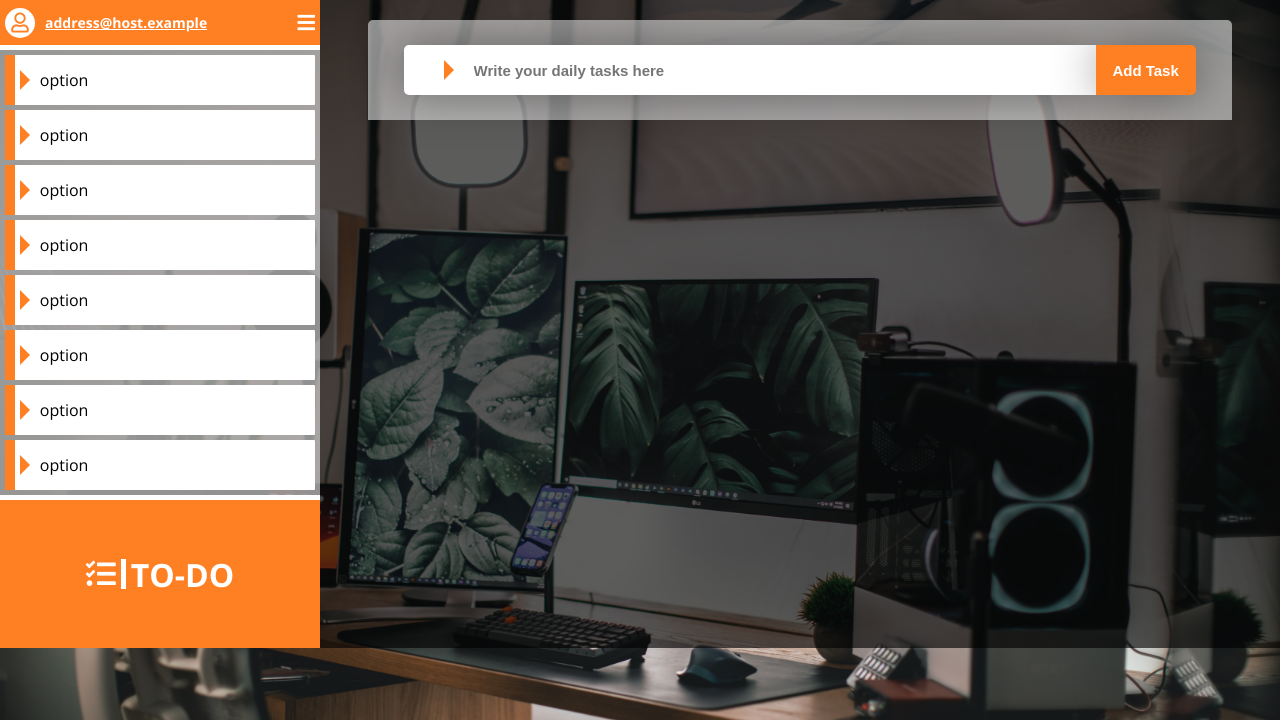
Repository: OmarEssameldinMousa/To-do-list-level01
Page: index.html
These files come from the project's save history. The page is drawn as it stood at one moment and after the next save; the edit follows.
The browser window is 1280 px wide. The pictures show the whole page.

Above is the page before, as saved 2023-08-08 17:04:16.

### index.html
<!DOCTYPE html>
<html lang="en">

<head>
    <meta charset="UTF-8">
    <meta name="viewport" content="width=device-width, initial-scale=1.0">
    <title>ToDo</title>
    <link rel="stylesheet" href="main.css">
    <link rel="preconnect" href="https://fonts.gstatic.com" />
    <link rel="stylesheet" href="css/all.min.css">
    <link href="https://fonts.googleapis.com/css2?family=Open+Sans:wght@400;700&display=swap" rel="stylesheet" />
</head>

<body>
    <div class="dashboard">
        <div class="nav">
            <div class="navigation">
                <div class="profile">
                    <div class="profile-pic">
                        <i class="fa-regular fa-user"></i>
                    </div>
                    <h3>address@host.example</h3>
                    <i class="fa-solid fa-bars" style="color: #ffffff;"></i>
                    <i class="fa-solid fa-bars second" style="color: #ffffff;"></i>
                    <!-- <i class="fa-solid fa-arrow-right" style="color: #ffffff;"></i>
                    <i class="fa-solid fa-arrow-left" style="color: #ffffff;"></i> -->
                </div>
                <ul>
                    <li>
                        <span class="toggle"></span>
                        <span class="title">option</span>
                    </li>
                    <li>
                        <span class="toggle"></span>
                        <span class="title">option</span>
                    </li>
                    <li>
                        <span class="toggle"></span>
                        <span class="title">option</span>
                    </li>
                    <li>
                        <span class="toggle"></span>
                        <span class="title">option</span>
                    </li>
                    <li>
                        <span class="toggle"></span>
                        <span class="title">option</span>
                    </li>
                    <li>
                        <span class="toggle"></span>
                        <span class="title">option</span>
                    </li>
                    <li>
                        <span class="toggle"></span>
                        <span class="title">option</span>
                    </li>
                    <li>
                        <span class="toggle"></span>
                        <span class="title">option</span>
                    </li>
                </ul>
                <div class="footer">
                    <i class="fa-solid fa-list-check"></i>
                    <span></span>
                    <h1>TO-DO</h1>
                </div>
            </div>
        </div>
        <div class="workstation">
            <div class="container">
                <div class="form">
                    <div>
                        <span></span>
                        <input type="text" class="input" placeholder="Write your daily tasks here">
                    </div>
                    <input type="submit" class="add" value="Add Task">
                </div>
                <!-- separator -->
                <div class="tasks">
                    <div class="tasks-numbers">

                    </div>
                    <div class="tasks-container">

                    </div>
                </div>
            </div>
        </div>
    </div>
    <script src="main.js"></script>
</body>

</html>

### main.css
:root {
    --main-color: rgba(235, 235, 235, 0.6);
    --secondery-color: #ff7f23;
}

* {
    -webkit-box-sizing: border-box;
    -moz-box-sizing: border-box;
    box-sizing: border-box;
    padding: 0;
    margin: 0;
}

body {
    font-family: "Open Sans", sans-serif;
    background-image: url(backgroundimage.jpg);
    background-repeat: no-repeat;
    background-size: cover;
    position: relative;
    height: 100%;
}

body::before {
    content: "";
    width: 100%;
    height: 100%;
    background-color: rgba(0, 0, 0, 0.629);
    position: absolute;
    top: 0;
    left: 0;
    z-index: -1;
}

ul {
    list-style: none;
}


.dashboard {
    display: flex;
    height: 100%;
    width: 100%;
    column-gap: 0px;
}

.nav {
    min-width: 25%;
    height: 100%;
    position: relative;
}

.nav .navigation {
    height: 100%;
    width: 100%;
    background: var(--main-color);
}

.nav .navigation .profile {
    width: 100%;
    height: 50px;
    background-color: var(--secondery-color);
    display: flex;
    align-items: center;
    border-bottom: 5px solid white;
}

.nav .navigation .profile .profile-pic {
    border-radius: 50%;
    background-color: white;
    height: 30px;
    width: 30px;
    display: flex;
    align-items: center;
    justify-content: center;
    margin-left: 5px;

}

.nav .navigation .profile i {
    font-size: 20px;
    color: var(--secondery-color);
}

.nav .navigation .profile h3 {
    font-size: 14px;
    padding-left: 10px;
    text-decoration: underline;
    color: white;
}

.nav .navigation ul {
    width: 97%;
    margin: auto;
    margin-top: 5px;
}

.nav .navigation ul li {
    padding: 5px;
    height: 50px;
    background-color: white;
    margin-bottom: 5px;
    border-radius: 1px;
    border-left: 10px solid #ff7f23;
    display: flex;
    align-items: center;
    transition: 0.3s;

}


.nav .navigation ul li:hover .toggle {
    padding-left: 10px;
}

.navigation .footer {
    width: 100%;
    height: 153px;
    background-color: #ff7f23;
    display: flex;
    align-items: center;
    justify-content: center;
    border-top: 5px solid white;
    column-gap: 5px;
}

.navigation .footer i {
    font-size: 30px;
    color: white;
}

.navigation .footer h1 {
    color: white;
}

.navigation .footer span {
    height: 30px;
    width: 5px;
    background-color: white;
}

li .toggle {
    border: 10px solid var(--secondery-color);
    border-color: transparent transparent transparent #ff7f23;
    transition: 0.3s;
}

.workstation {
    width: 76%;
    height: 100%;
    position: relative;
    flex: 1;
}

.container {
    width: 100%;
    min-height: 50px;
    background-color: transparent;
    z-index: 1;
    position: absolute;
}

.container .form {
    width: 90%;
    height: 100px;
    background-color: var(--main-color);
    margin: 20px auto;
    border-top-right-radius: 5px;
    border-top-left-radius: 5px;
    text-align: center;
    position: relative;
    display: flex;
    justify-content: center;
    align-items: center;
}

.container .tasks {
    width: 90%;
    background-color: var(--main-color);
    margin: 20px auto;
    display: flex;
    border-bottom-left-radius: 5px;
    border-bottom-right-radius: 5px;
}

.container .form .input,
.container .form .add {
    display: block;
    height: 50px;
}

.container .form div {
    width: 80%;
    border-bottom-left-radius: 5px;
    border-top-left-radius: 5px;
    border: 0px solid;
    box-shadow: -5px 0 50px 0px #00000073;
    background-color: white;
    display: flex;
    justify-content: flex-end;
    align-items: center;
}

.container .form div span {
    border: 10px solid #ff7f23;
    border-color: transparent transparent transparent #ff7f23;
    margin-right: 10px;
}

.container .form div .input {
    outline: 0;
    font-size: 15px;
    border: 0px solid;
    font-weight: bold;
    width: 90%;
}

.container .form .add {
    width: 100px;
    border: 0px solid;
    background-color: #ff7f23;
    color: white;
    font-weight: bold;
    font-size: 15px;
    border-bottom-right-radius: 5px;
    border-top-right-radius: 5px;
    box-shadow: 5px 0 50px 0px #00000073;
}

.container .tasks .tasks-container {
    width: 80%;
    display: flex;
    flex-direction: column;
    align-items: center;
    align-content: center;
    flex: 1;
}

.container .tasks .tasks-container .task {
    width: 80%;
    height: 50px;
    border-radius: 5px;
    border: 0px solid;
    box-shadow: -5px 0 50px 0px #00000073;
    background-color: white;
    margin: 10px 0;
    position: relative;
    display: flex;
    align-items: center;
}

.container .tasks .tasks-container .task i {
    margin-left: 10px;
    margin-right: 10px;
    color: var(--secondery-color);
}


.container .tasks .tasks-container .task::after {
    content: "";
    width: 10%;
    height: 100%;
    background-color: #ff7f23;
    position: absolute;
    top: 0;
    left: 90%;
    z-index: 0;
    border-top-right-radius: 5px;
    border-bottom-right-radius: 5px;
}

.container .tasks .tasks-container .task i:first-of-type {
    position: absolute;
    right: 4%;
    top: 50%;
    transform: translateY(-50%);
    color: white;
    z-index: 1;
    font-size: 20px;
}

.container .tasks .tasks-container .task i:last-of-type {
    position: absolute;
    right: 0%;
    top: 50%;
    transform: translateY(-50%);
    color: white;
    z-index: 1;
    font-size: 20px;
}

.container .tasks .tasks-numbers {
    width: 50px;
    display: flex;
    align-items: center;
    flex-direction: column;
}


.tasks-numbers .repated-line-circle {
    width: 2px;
    height: 70px;
}

.tasks-numbers .line-circle {
    display: flex;
    flex-direction: column;
    width: 100%;
    height: 100%;
    justify-content: space-between;
    align-items: center;
}

.tasks-numbers .line-circle .upper-line {
    width: 100%;
    height: 40%;
    background-color: white;
}

.tasks-numbers .line-circle .circle {
    font-family: 'VT323', monospace;
    width: 20px;
    height: 20px;
    background-color: #ff7f23;
    border-radius: 50%;
    text-align: center;
    position: relative;
    transition: 0.3s;
    animation: gradient-animation 5s infinite alternate;
    border: 1px solid white;
}


.tasks-numbers .line-circle .circle p {
    position: absolute;
    left: 50%;
    top: 50%;
    transform: translate(-50%, -50%);
    font-size: 14px;
    color: white;
}

.line-circle .circle p a {
    text-decoration: none;
}

.tasks-numbers .line-circle .lower-line {
    width: 2px;
    height: 40%;
    background-color: white;
}

.nav .navigation .profile i.fa-solid.fa-bars {
    position: absolute;
    right: 5px;
    display: none;
}

.nav .navigation .profile i.fa-solid.fa-bars.second {
    position: absolute;
    right: 5px;
    display: block;
}

.nav .navigation .profile i.fa-arrow-left {
    position: absolute;
    right: 5px;

}

.nav .navigation .profile i.fa-arrow-right {
    position: absolute;
    right: 5px;
    display: none;
}

@media (max-width: 767px) {
    body {
        background-image: none;
    }

    .dashboard {
        flex-direction: column;
    }

    .nav {
        width: 100%;
        height: 50px;
        z-index: 2;
    }

    .navigation {
        width: 100%;
        position: absolute;
        background-color: #ff7f23;
    }

    .nav .navigation ul {
        width: 100%;
        display: none;
    }

    .nav .navigation ul li {
        border: none;
        margin: 0;
    }

    .navigation .footer {
        display: none;
    }

    .nav .navigation .profile i.fa-solid.fa-bars {
        display: inline-block;
    }
}

/* Small */
@media (min-width: 768px) {}

/* Medium */
@media (min-width: 992px) {}

/* Large */
@media (min-width: 1200px) {}

### main.js
let counter = 1;
let counterarray = [];
let tasksDiv = document.querySelector(".tasks-container");
let tasksnumbersDiv = document.querySelector(".tasks-numbers");
let inputbox = document.querySelector(".input");
let inputboxValue = inputbox.value;
let inputbtn = document.querySelector(".add");
let idtentity = 0;
let list = [];
let menu_bars = document.querySelector("i.fa-solid.fa-bars")
let optionsul = document.querySelector(".nav .navigation ul")
let menu_bars2 = document.querySelector("i.fa-solid.fa-bars.second")
let navdiv = document.querySelector(".nav")

function createTaskDiv_NumberDiv() {
    if (inputbox.value != "") {
        let inputbox = document.querySelector(".input");
        let inputboxValue = inputbox.value;
        counterarray.push(counter);
        // craeting task divs
        let taskDiv = document.createElement("div");
        taskDiv.className = "task";
        let i1 = document.createElement("i");
        i1.className = "fa-regular fa-square-check";
        let i2 = document.createElement("i");
        i2.className = "fa-solid fa-clock";
        let i3 = document.createElement("i");
        i3.className = "fa-regular fa-trash-can";
        i3.setAttribute("index", counterarray.length - 1);
        let tasktitle = document.createElement("h4");
        tasktitle.innerHTML = inputboxValue;
        // nesting all childs under each parent
        tasksDiv.appendChild(taskDiv);
        taskDiv.appendChild(i1);
        taskDiv.appendChild(i2);
        taskDiv.appendChild(i3);
        taskDiv.appendChild(tasktitle);
        //creating the numbering divs
        let repatedlinecircleDiv = document.createElement("div");
        repatedlinecircleDiv.className = "repated-line-circle";
        let linecirclediv = document.createElement("div");
        linecirclediv.className = "line-circle";
        let upperlinediv = document.createElement("div");
        upperlinediv.className = "upper-line";
        let circlediv = document.createElement("div");
        circlediv.className = "circle";
        let circleparacontent = document.createElement("p");
        circleparacontent.innerHTML = `${counterarray.length}`;
        let lowerlinediv = document.createElement("div");
        lowerlinediv.className = "lower-line";
        //nesting all childs under each parent
        tasksnumbersDiv.appendChild(repatedlinecircleDiv);
        repatedlinecircleDiv.appendChild(linecirclediv);
        linecirclediv.appendChild(upperlinediv);
        linecirclediv.appendChild(circlediv);
        circlediv.appendChild(circleparacontent);
        linecirclediv.appendChild(lowerlinediv);
        // after adjustments
        list.push({ "id": idtentity, "title": inputbox.value, });
        window.localStorage.setItem("tasks", JSON.stringify(list));
        inputbox.value = "";
        counter++;
        idtentity++;
        inputbox.focus();
    }
}

inputbtn.addEventListener("click", createTaskDiv_NumberDiv);

document.addEventListener("click", function (e) {
    if (e.target.className === "fa-regular fa-trash-can") {
        let n = 1;
        // deleting from BOM - local storage
        let storedTasks = JSON.parse(window.localStorage.getItem("tasks"))
        storedTasks.filter(a => a.id != e.index);
        list = storedTasks;
        window.localStorage.clear()
        window.localStorage.setItem("tasks", JSON.stringify(storedTasks));
        // deleting from the DOM
        e.target.parentElement.parentElement.previousElementSibling.lastChild.remove();
        counterarray.pop();
        counter--;
        e.target.parentElement.remove();
        document.querySelectorAll(".circle p").forEach(element => {
            element.innerHTML = n;
            n++;
        });
    }
})

menu_bars.addEventListener("click", function () {
    if (optionsul.style.display == "block") {
        optionsul.style.display = "none"
    } else {
        optionsul.style.display = "block"
    }
})

menu_bars2.addEventListener("click", function () {
    if (navdiv.style.cssText == "width: 25%;") {
        navdiv.style.cssText = "width: 10%; overflow: hidden;"
        navdiv.children[0].style.cssText = "width: 10%; overflow: hidden;"
    } else {
        navdiv.style.cssText = "width: 25%;"
    }
})

Loaded but not shown: css/all.min.css (library)

After the next save:
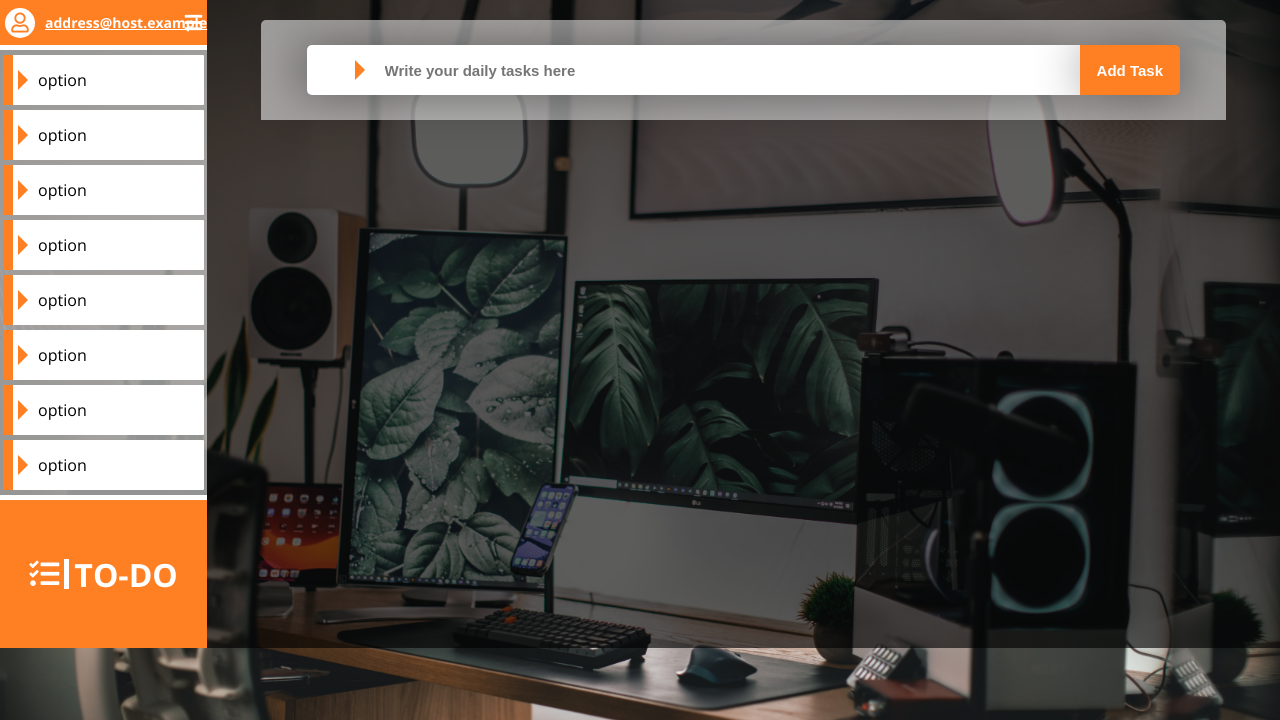
Saved 3 min 11 s later.
--- a/main.css
+++ b/main.css
@@ -44,7 +44,7 @@
 }
 
 .nav {
-    min-width: 25%;
+    /* min-width: 25%; */
     height: 100%;
     position: relative;
 }

After the save that followed:
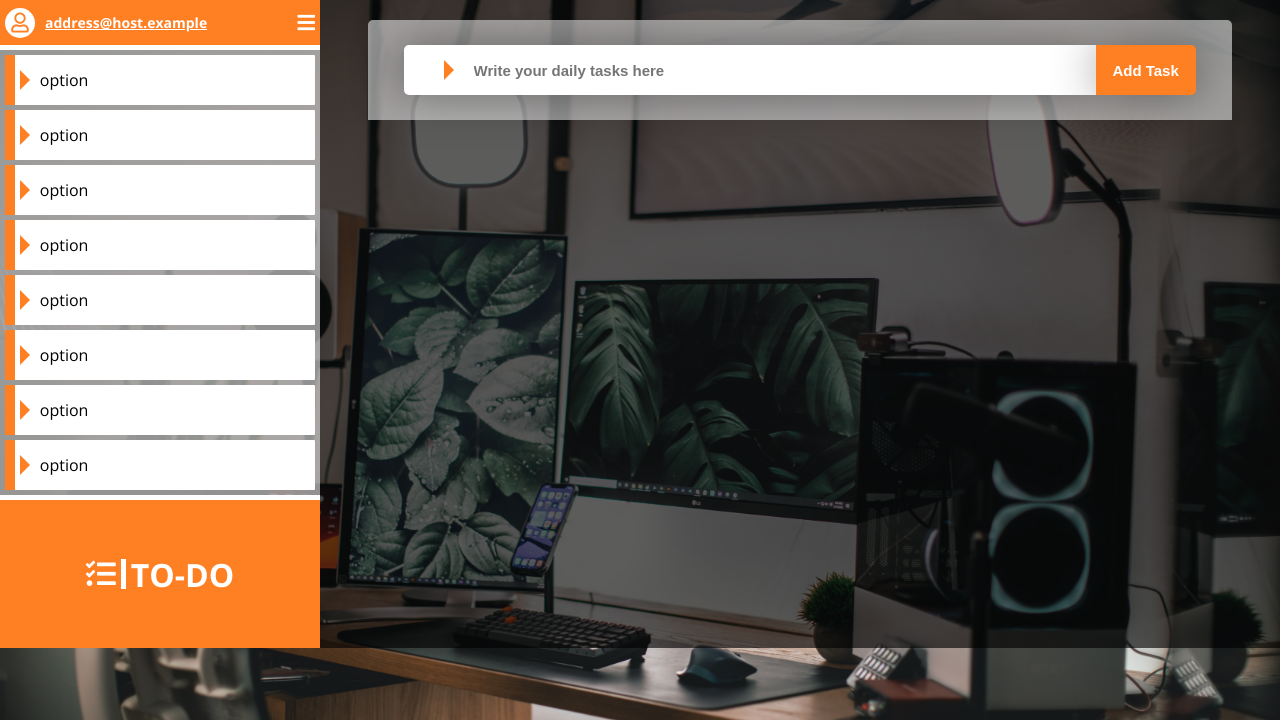
Saved 52 s later.
--- a/main.css
+++ b/main.css
@@ -45,6 +45,7 @@
 
 .nav {
     /* min-width: 25%; */
+    width: 25%;
     height: 100%;
     position: relative;
 }
